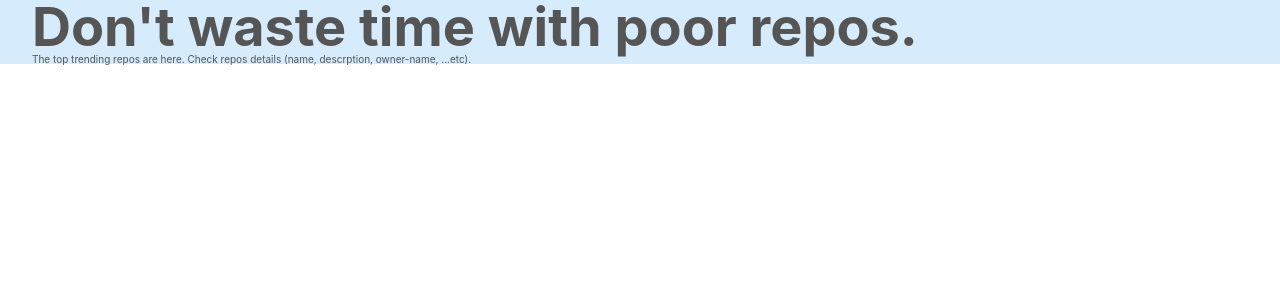
Repository: MoRamdan11/Trending-repos-challenge
Page: /
The author's editor kept a copy of each file at every save. The page is drawn from the files as they stood at one save, then again after the next save.
The browser window is 1280 px wide. The pictures show the whole page.
The project was rebuilt for these pictures with package versions that can differ from the ones it lists, and the page was loaded fresh each time. Also part of the build but not shown: src/App.css, src/components/test.js.

Above is the page before, as saved 2021-08-31 21:02:08.

### public/index.html
<!DOCTYPE html>
<html lang="en">
  <head>
    <meta charset="utf-8" />
    <link rel="icon" href="%PUBLIC_URL%/favicon.ico" />
    <meta name="viewport" content="width=device-width, initial-scale=1" />
    <meta name="theme-color" content="#000000" />
    <meta
      name="description"
      content="Web site created using create-react-app"
    />
    <link rel="apple-touch-icon" href="%PUBLIC_URL%/logo192.png" />
    <link rel="manifest" href="%PUBLIC_URL%/manifest.json" />
    <title>React App</title>
    <link
      href="https://fonts.googleapis.com/css2?family=Rubik:wght@400;500;600;700&display=swap"
      rel="stylesheet"
    />
    <link rel="stylesheet" href="style.css" />
  </head>
  <body>
    <noscript>You need to enable JavaScript to run this app.</noscript>
    <div id="root"></div>
  </body>
</html>

### src/App.js
import "./App.css";
import {
  BrowserRouter,
  Route,
  Switch,
  Link,
  NavLink,
  Router,
} from "react-router-dom";
import Test from "./components/test";
import Hero from "./components/Hero/hero.js";
function App() {
  return (
    <BrowserRouter>
      <div>
        <Switch>
          <Route path="/" component={Hero} exact={true} />
        </Switch>
      </div>
    </BrowserRouter>
  );
}

export default App;

### src/components/Hero/hero.js
import React from "react";
import "./hero.css";
const Hero = () => {
  return (
    <div className="hero">
      <div className="hero-container" style={{ margin: "0 auto" }}>
        <h1 className="hero-header">Don't waste time with poor repos.</h1>
        <p>
          The top trending repos are here. Check repos details (name,
          descrption, owner-name, ...etc).
        </p>
      </div>
    </div>
  );
};

export default Hero;

### src/components/Hero/hero.css
.hero {
  background-color: #d6ebfc;
}

.hero-container {
  max-width: 130rem;
  margin: 0 auto;
  /*padding left-rigt to give some space when screen become smaller*/
  padding: 0 3.2rem;
}

.hero-header {
  font-size: 5.4rem;
  font-weight: 700;
}

### public/style.css
* {
  margin: 0;
  padding: 0;
  box-sizing: border-box;
}

html {
  font-size: 62.5%;
}

body {
  font-family: "Rubik", sans-serif;
  line-height: 1;
  font-weight: 400;
  color: #555;
}

/* .container {
  padding: 9.6rem 0;
} */
/*
--- 01 TYPOGRAPHY SYSTEM

- Font sizes (px)
10 / 12 / 14 / 16 / 18 / 20 / 24 / 30 / 36 / 44 / 52 / 62 / 74 / 86 / 98

- Font weights
Default: 400
Medium: 500
Semi-bold: 600
Bold: 700

- Line heights
Default: 1
Small: 1.05
Medium: 1.2
Paragraph default: 1.6

- Letter spacing
-0.5px
0.75px

--- 02 COLORS
- primary: #339af0
-Tints:#d6ebfc
-Shades:
-Accents:
-Greys:
#333

*/

Loaded but not shown: src/index.js (common file); src/index.css (common file); src/reportWebVitals.js (common file)

After the next save:
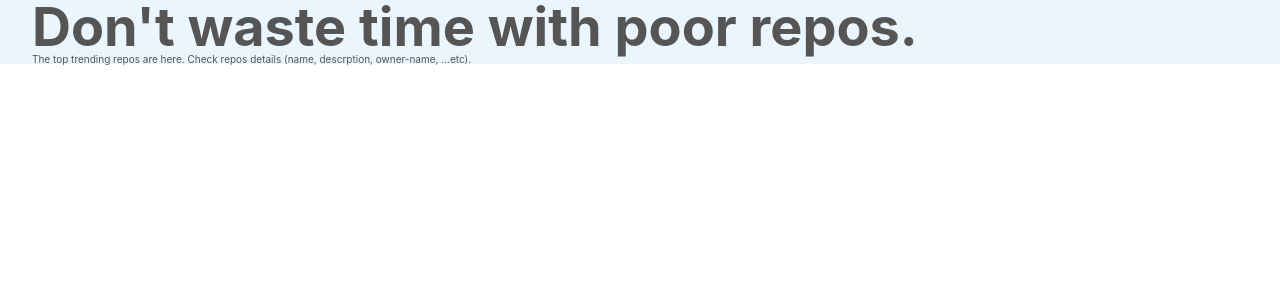
Saved 15 s later.
--- a/src/components/Hero/hero.css
+++ b/src/components/Hero/hero.css
@@ -1,5 +1,5 @@
 .hero {
-  background-color: #d6ebfc;
+  background-color: #ebf5fe;
 }
 
 .hero-container {

After the save that followed:
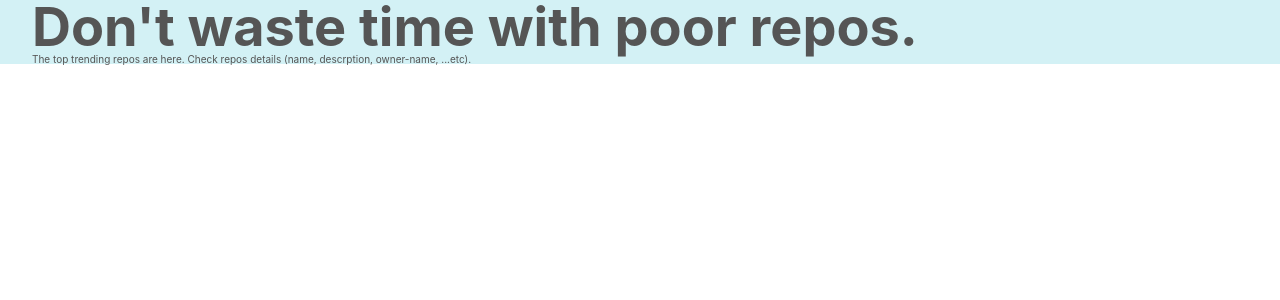
Saved 51 s later.
--- a/src/components/Hero/hero.css
+++ b/src/components/Hero/hero.css
@@ -1,5 +1,5 @@
 .hero {
-  background-color: #ebf5fe;
+  background-color: #d3f1f5;
 }
 
 .hero-container {
